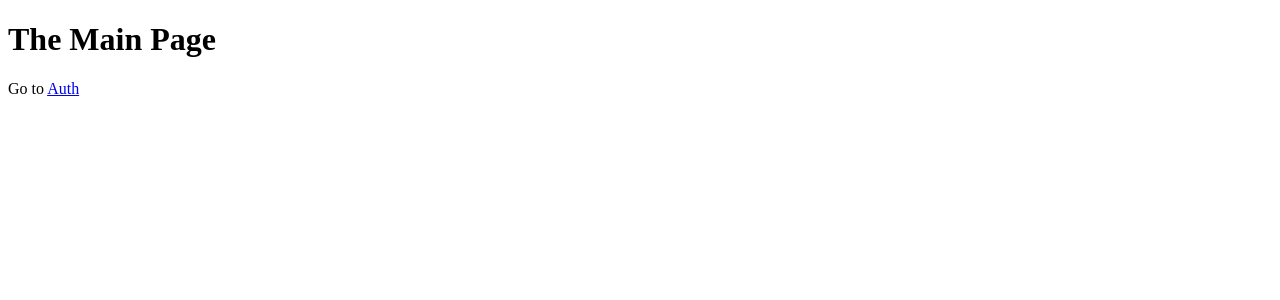
Repository: Aqsajj/react-learning
Page: / (app in nextjs/)
These files come from the project's save history. The page is drawn as it stood at one moment and after the next save; the edit follows.
The browser window is 1280 px wide. The pictures show the whole page.
The project was rebuilt for these pictures with package versions that can differ from the ones it lists, and the page was loaded fresh each time. The framework's server and built-in components were replaced by stand-ins that run in the browser.

Above is the page before, as saved 2020-06-11 17:42:34.

After the next save:
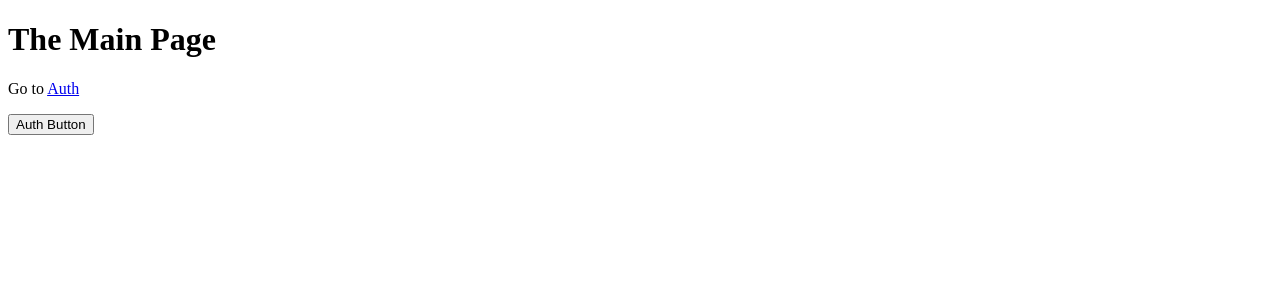
Saved 5 min 59 s later.
--- a/nextjs/pages/index.js
+++ b/nextjs/pages/index.js
@@ -1,5 +1,6 @@
 import React, { Component } from 'react';
 import Link from 'next/link'
+import Router from 'next/dist/next-server/server/router';
 
 const indexpage = () => {
     return (
@@ -9,6 +10,12 @@ const indexpage = () => {
             </h1>
 
             <p>Go to <Link href='/auth'><a>Auth</a></Link></p>
+
+            <button onClick={() => {
+                Router.push('/auth')
+            }}>
+                Auth Button
+            </button>
         </div>
     );
 }
